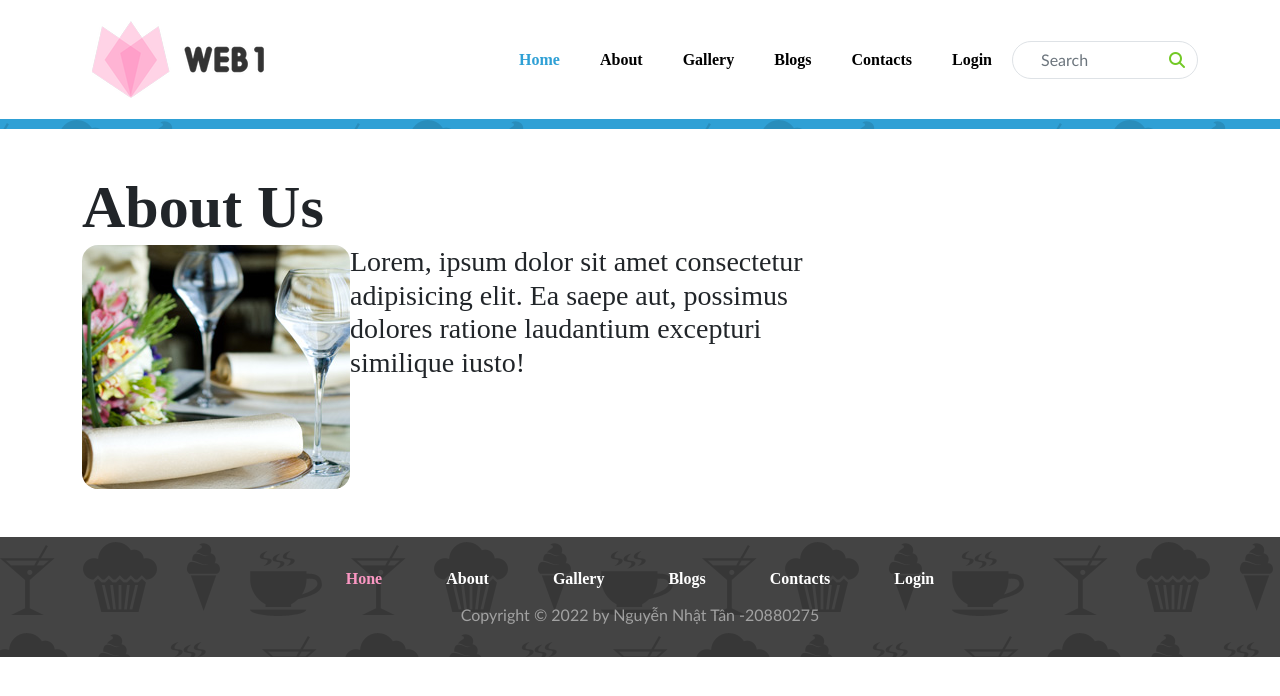
Repository: carembanhkem/web1-20880275
Page: about.html
An editor plug-in stored every save of this project. The page is shown before and after a run of saves, followed by the edit.
The browser window is 1280 px wide. The pictures show the whole page.
Some web fonts or font styles are not loaded; a fallback is used. Some web libraries are served in a nearby version.

Above is the page before, as saved 2023-02-06 11:14:50.
Console error: ReferenceError: bootstrap is not defined

### about.html
<!doctype html>
<html lang="en">

<head>
    <title>20880275 - Web1 Project</title>
    <!-- Required meta tags -->
    <meta charset="utf-8">
    <meta name="viewport" content="width=device-width, initial-scale=1, shrink-to-fit=no">
    <!-- Favicon-->
    <link rel="shortcut icon" href="images/favicon.ico" type="image/x-icon">
    <!-- FontAweSome-->
    <script src="https://kit.fontawesome.com/ee054dad92.js" crossorigin="anonymous"></script>
    <!-- Google Fonts -->
    <link rel="preconnect" href="https://fonts.googleapis.com">
    <link rel="preconnect" href="https://fonts.gstatic.com" crossorigin>
    <link href="https://fonts.googleapis.com/css2?family=Changa+One&display=swap" rel="stylesheet">
    <!-- Bootstrap CSS v5.2.1 -->
    <link href="https://cdn.jsdelivr.net/npm/bootstrap@5.2.1/dist/css/bootstrap.min.css" rel="stylesheet"
        integrity="sha384-iYQeCzEYFbKjA/T2uDLTpkwGzCiq6soy8tYaI1GyVh/UjpbCx/TYkiZhlZB6+fzT" crossorigin="anonymous">
    <link rel="stylesheet" href="css/20880275.css">
</head>

<body>
    <header class="container">
        <nav class="navbar navbar-expand-sm navbar-light">
            <a class="navbar-brand" href="#">
                <img src="images/logo.png" alt="Web1 Logo">
            </a>
            <button class="navbar-toggler d-lg-none" type="button" data-bs-toggle="collapse" data-bs-target="#menu-header" aria-controls="menu-header"
                aria-expanded="false" aria-label="Toggle navigation"></button>
            <div class="collapse navbar-collapse" id="menu-header">
                <ul class="navbar-nav ms-auto mt-2 mt-lg-0">
                    <li class="nav-item">
                        <a class="nav-link active" href="index.html" aria-current="page">Home <span class="visually-hidden">(current)</span></a>
                    </li>
                    <li class="nav-item">
                        <a class="nav-link" href="about.html">About</a>
                    </li>
                    <li class="nav-item">
                        <a class="nav-link" href="gallery.html">Gallery</a>
                    </li>
                    <li class="nav-item">
                        <a class="nav-link" href="blogs.html">Blogs</a>
                    </li>
                    <li class="nav-item">
                        <a class="nav-link" href="contact.html">Contacts</a>
                    </li>
                    <li class="nav-item">
                        <a class="nav-link" href="#" data-bs-toggle="modal" data-bs-target="#modalLogin">Login</a>
                    </li>
                </ul>
                <form class="d-flex my-2 my-lg-0 border rounded-pill" id="formSearch">
                    <input class="form-control border-0 ms-3" type="text" placeholder="Search">
                    <button class="btn my-2 my-sm-0 border-0" type="submit"><i class="fa-solid fa-magnifying-glass"></i></button>
                </form>
            </div>
        </nav>
    </header>

    <section id="banner-small">

    </section>

    <section class="container py-5">
        <div class="row">
            <div class="col-8">
                <h1>About Us</h1>
                <div>
                    <img src="images/about-1.jpg" alt="About us" class="float-start rounded-4">
                    <h3>Lorem, ipsum dolor sit amet consectetur adipisicing elit. Ea saepe aut, possimus dolores ratione laudantium excepturi similique iusto!</h3>
                </div>
            </div>
        </div>
    </section>

    <!-- Footer -->
    <footer class="text-center container-fluid text-white py-3">
        <ul class="nav justify-content-center py-3" id="menu-footer">
            <li class="nav-item">
                <a class="nav-link active" href="#" aria-current="page">Hone</a>
            </li>
            <li class="nav-item">
                <a class="nav-link" href="about.html">About</a>
            </li>
            <li class="nav-item">
                <a class="nav-link" href="gallery.html">Gallery</a>
            </li>
            <li class="nav-item">
                <a class="nav-link" href="blogs.html">Blogs</a>
            </li>
            <li class="nav-item">
                <a class="nav-link" href="contact.html">Contacts</a>
            </li>
            <li class="nav-item">
                <a class="nav-link" href="#" data-bs-toggle="modal" data-bs-target="#modalLogin">Login</a>
            </li>
        </ul>
        <p class="text-white-50">Copyright &copy; 2022 by  Nguyễn Nhật Tân -20880275</p>
    </footer>

    <!-- Modal Body -->
    <!-- if you want to close by clicking outside the modal, delete the last endpoint:data-bs-backdrop and data-bs-keyboard -->
    <div class="modal fade" id="modalLogin" tabindex="-1" data-bs-backdrop="static" data-bs-keyboard="false" role="dialog" aria-labelledby="modalTitleId" aria-hidden="true">
        <div class="modal-dialog modal-dialog-scrollable modal-dialog-centered modal-sm" role="document">
            <div class="modal-content">
                <div class="modal-header">
                    <button type="button" class="btn-close" data-bs-dismiss="modal" aria-label="Close"></button>
                </div>
                <div class="modal-body">
                    <form action="#" method="post" id="formLogin">
                        <h3 class="text-center">Login Form</h3>
                        <div class="mb-3">
                            <input type="text" name="username" id="username" placeholder="Username" class="form-control">
                        </div>
                        <div class="mb-3">
                            <input type="password" name="password" id="password" placeholder="Password" class="form-control">
                        </div>
                        <button type="submit" class="form-control btn">Login</button>
                    </form>
                </div>
                <div class="modal-footer">

                </div>
            </div>
        </div>
    </div>


    <!-- Optional: Place to the bottom of scripts -->
    <script>
        const myModal = new bootstrap.Modal(document.getElementById('modalLogin'), options)

    </script>

    <!-- Boostrap JavaScript Libraries -->
    <script src="https://cdn.jsdelivr.net/npm/@popperjs/core@2.11.6/dist/umd/popper.min.js"
        integrity="sha384-oBqDVmMz9ATKxIep9tiCxS/Z9fNfEXiDAYTujMAeBAsjFuCZSmKbSSUnQlmh/jp3" crossorigin="anonymous">
    </script>

    <script src="https://cdn.jsdelivr.net/npm/bootstrap@5.2.1/dist/js/bootstrap.min.js"
        integrity="sha384-7VPbUDkoPSGFnVtYi0QogXtr74QeVeeIs99Qfg5YCF+TidwNdjvaKZX19NZ/e6oz" crossorigin="anonymous">
    </script>
</body>

</html>

### css/20880275.css
:root {
    --web1-pink: #FA97C2;
    --web1-blue: #2FA0D5;
    --web1-green: #73C926;
}

body {
    font-family: 'Trebuchet MS', Arial, Helvetica, sans-serif;
    font-size: 16px;
    line-height: 20px;
}

h1, h2, h3, h4 {
    font-family: 'Changa One', cursive;
    font-weight: 400;
}

h1 {
    font-size: 60px;
    line-height: 60px;
    font-weight: 900;
}

/* Header */
#menu-header a {
    display: block;
    padding: 0 1.25rem;
    font-weight: bold;
    color: black;
    font-family: 'Changa One', cursive;
}
#menu-header a.active {
    color: var(--web1-blue);
}

#formSearch input {
    width: 8rem;
}

#formSearch i {
    color: var(--web1-green);
}

/* Banner */
#banner {
    background-image: url('../images/bg-banner.gif');
}

#banner > div {
    background: url('../images/logo_bg.png') left top no-repeat, url('../images/search_bg.png') right top no-repeat;
    padding: 5rem 0  3rem 0;
}

#banner a {
    background-color: var(--web1-pink);
    font-family: 'Changa One', cursive;
    font-size: 2rem;
}

#banner .carousel-item {
    min-height: 15rem; /*Do chieu cao khong co dinh nen minheight bang cai lon nhat de ko bi xe dich*/
}

#banner .carousel-indicators li {
    width: 1.2rem;
    height: 1.2rem;
    border-radius: 1.2rem; /* de no thanh hinh tron*/
    border: none; /* de no thanh hinh tron vi width = height = border radius*/
    margin: 0 0.25rem;
    position: relative;
}

#banner .carousel-indicators li span {
    position: absolute;
    top: 0.3rem;
    left: 0.3rem;
    width: 0.6rem;
    height: 0.6rem;
    border-radius: 0.6rem;
    border: none;
    text-align:left;
    text-indent: -9999px;
}

#banner .carousel-indicators li.active span{
    background-color: var(--web1-green);
}

/* banner small */
#banner-small {
    background-image: url(../images/bg-banner.gif);
    padding: 5px;
}

/* products */
.readmore {
    color: var(--web1-blue);
    margin-top: -4px;
}

.web1-text-blue {
    color: var(--web1-blue);
}

/* about us */
#aboutus {
    background-color: var(--web1-pink);
}

#formSignUp {
    border-style: dashed !important;
    border-color: rgba(0,0,0,0.5) !important;
}

/* news */
#news .date {
    background-color: var(--web1-green);
    width: 6rem;
    padding: 1.5rem;
}

/* Footer*/
footer {
    background-image: url('../images/bg-footer.gif');
}

#menu-footer a {
    color: white;
    font-weight: bold;
    font-family: 'Changa One', cursive;
    display: block;
    padding: 0 2rem;
}

#menu-footer a.active {
    color: var(--web1-pink);
}

/* Modal Login*/
#formLogin button[type="submit"]{
    background-color: var(--web1-blue);
    color: white;
}

After the next 2 saves:
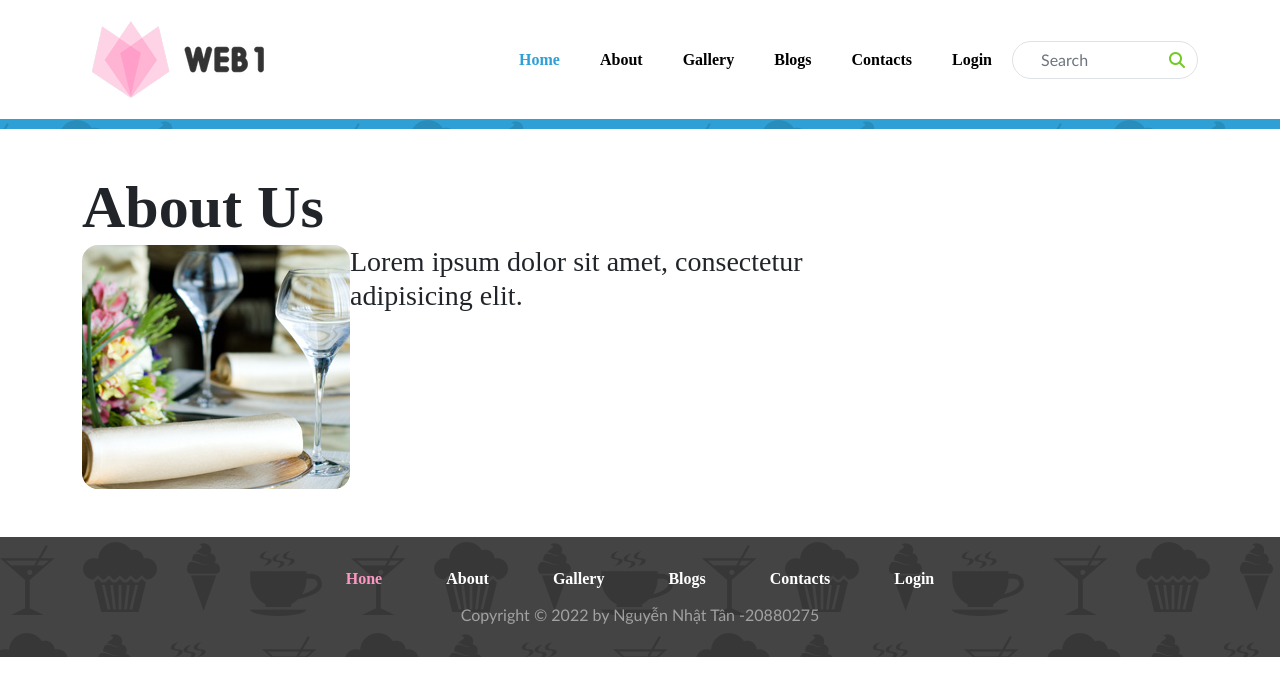
The 2 saves are shown as one change because they came seconds apart.
The last was saved 8 s later.
--- a/about.html
+++ b/about.html
@@ -67,7 +67,8 @@
                 <h1>About Us</h1>
                 <div>
                     <img src="images/about-1.jpg" alt="About us" class="float-start rounded-4">
-                    <h3>Lorem, ipsum dolor sit amet consectetur adipisicing elit. Ea saepe aut, possimus dolores ratione laudantium excepturi similique iusto!</h3>
+                    <h3>Lorem ipsum dolor sit amet, consectetur adipisicing elit.</h3>
+
                 </div>
             </div>
         </div>
